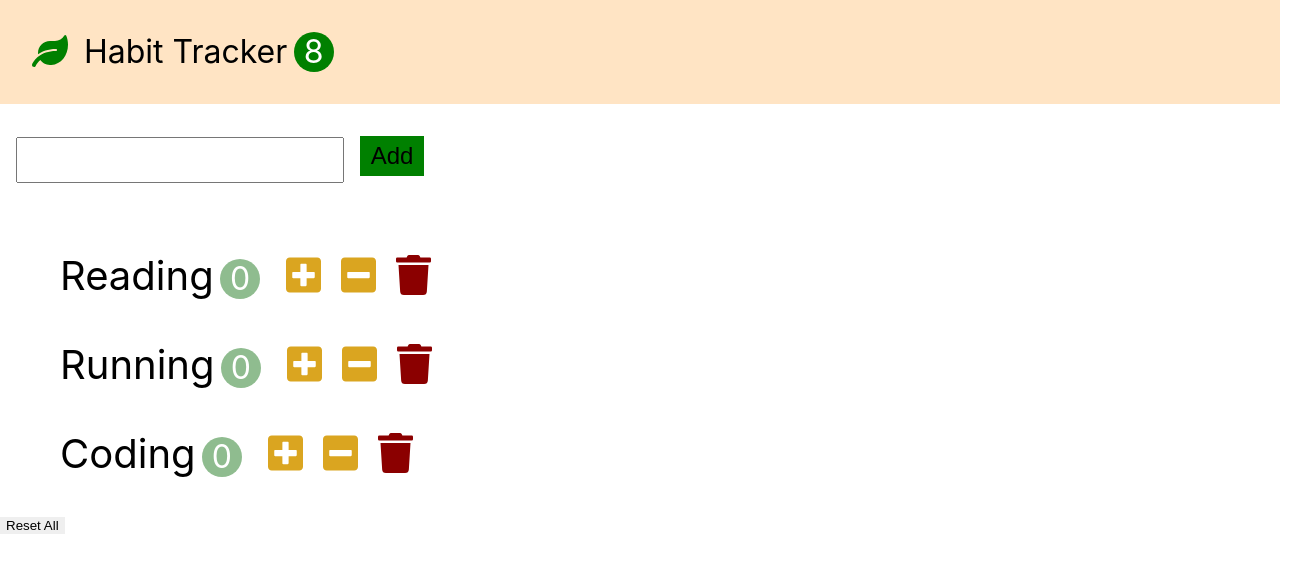
Repository: keehoonjung/react-habit-tracker
Page: / (app in react/habit-tracker/)
These files come from the project's save history. The page is drawn as it stood at one moment and after the next save; the edit follows.
The browser window is 1280 px wide. The page is 1312 px wide, so the pictures cover 1312 px, including what lies to the right of the window. The pictures show the whole page.
The project was rebuilt for these pictures with package versions that can differ from the ones it lists, and the page was loaded fresh each time.

Above is the page before, as saved 2021-08-30 18:37:04.

### react/habit-tracker/public/index.html
<!DOCTYPE html>
<html lang="en">
  <head>
    <meta charset="utf-8" />
    <link rel="icon" href="%PUBLIC_URL%/favicon.ico" />
    <meta name="viewport" content="width=device-width, initial-scale=1" />
    <meta name="theme-color" content="#000000" />
    <meta
      name="description"
      content="Web site created using create-react-app"
    />
    <link rel="apple-touch-icon" href="%PUBLIC_URL%/logo192.png" />
    <title>App</title>
  </head>
  <body>
    <noscript>You need to enable JavaScript to run this app.</noscript>
    <div id="root"></div>
  </body>
</html>

### react/habit-tracker/src/app.jsx
import React, { Component } from "react";
import "./app.css";
import Habits from "./components/habits";

class App extends Component {
  state = {
    count: 0,
  };
  render() {
    return (
      <>
        <nav className="header">
          <i className="fas fa-leaf"></i>
          <span className="header-title">Habit Tracker</span>
          <span className="header-count">8</span>
        </nav>
        <div className="input-container">
          <input type="text" className="input" />
          <button className="habit-input">Add</button>
        </div>
        <Habits />
        <button className="reset-button">Reset All</button>
      </>
    );
  }
}

export default App;

### react/habit-tracker/src/app.css
button {
  outline: none;
  border: 0;
  cursor: pointer;
}

.header {
  background-color: bisque;
  font-size: 2rem;
  padding: 2rem 2rem;
}

.fa-leaf {
  color: green;
  margin-right: 1rem;
}

.header-count {
  display: inline-block;
  text-align: center;
  width: 2.5rem;
  height: 2.5rem;
  line-height: 2.5rem;
  font-size: 2rem;
  margin-left: 0.2em;
  margin-right: 0.5em;
  background-color: green;
  color: white;
  border-radius: 50%;
}

.input-container {
  width: 100%;
  padding: 2rem 1rem;
}

.input {
  width: 20rem;
  height: 2.5rem;
}

.habit-input {
  font-size: 1.5rem;
  height: 2.5rem;
  width: 4rem;
  margin-left: 1rem;
  background-color: green;
}

.habit {
  font-size: 2.5rem;
  padding: 0.5em;
  list-style: none;
}

.habit-count {
  display: inline-block;
  text-align: center;
  width: 2.5rem;
  height: 2.5rem;
  line-height: 2.5rem;
  font-size: 2rem;
  margin-left: 0.2em;
  margin-right: 0.5em;
  background-color: darkseagreen;
  color: white;
  border-radius: 50%;
}

.habit-button {
  font-size: 2.5rem;
  margin: 0 0.1em;
  background-color: transparent;
}

.habit-button:hover {
  opacity: 0.8;
}

.habit-increase,
.habit-decrease {
  color: goldenrod;
}

.habit-delete {
  color: darkred;
}

### react/habit-tracker/src/components/habits.jsx
import React, { Component } from "react";
import Habit from "./habit";

class Habits extends Component {
  state = {
    habits: [
      { id: 1, name: "Reading", count: 0 },
      { id: 2, name: "Running", count: 0 },
      { id: 3, name: "Coding", count: 0 },
    ],
  };

  handleIncrement = (habit) => {
    const habits = [...this.state.habits];
    const index = habits.indexOf(habit);
    habits[index].count++;
    this.setState({ habits });
  };
  handledecrement = (habit) => {
    const habits = [...this.state.habits];
    const index = habits.indexOf(habit);
    const count = habits[index].count - 1;
    habits[index].count = count < 0 ? 0 : count;
    this.setState({ habits });
  };
  handleDelete = (habit) => {
    const habits = this.state.habits.filter((item) => item.id !== habit.id);
    this.setState({ habits });
  };
  render() {
    return (
      <ul>
        {this.state.habits.map((habit) => (
          <Habit
            key={habit.id}
            habit={habit}
            OnhandleIncrement={this.handleIncrement}
            Onhandledecrement={this.handledecrement}
            OnhandleDelete={this.handleDelete}
          />
        ))}
      </ul>
    );
  }
}

export default Habits;

### react/habit-tracker/src/components/habit.jsx
import React, { Component } from "react";

class Habit extends Component {
  handleIncrement = () => {
    // this.setState({ count: this.state.count + 1 });
    this.props.OnhandleIncrement(this.props.habit);
  };

  handledecrement = () => {
    this.props.Onhandledecrement(this.props.habit);
  };
  handleDelete = () => {
    this.props.OnhandleDelete(this.props.habit);
  };
  render() {
    const { name, count } = this.props.habit;
    return (
      <li className="habit">
        <span className="habit-name">{name}</span>
        <span className="habit-count">{count}</span>
        <button
          className="habit-button habit-increase"
          onClick={this.handleIncrement}
        >
          <i className="fas fa-plus-square"></i>
        </button>
        <button
          className="habit-button habit-decrease"
          onClick={this.handledecrement}
        >
          <i className="fas fa-minus-square"></i>
        </button>
        <button
          className="habit-button habit-delete"
          onClick={this.handleDelete}
        >
          <i className="fas fa-trash"></i>
        </button>
      </li>
    );
  }
}

export default Habit;

Loaded but not shown: react/habit-tracker/src/index.js (common file); react/habit-tracker/src/index.css (common file)

After the next save:
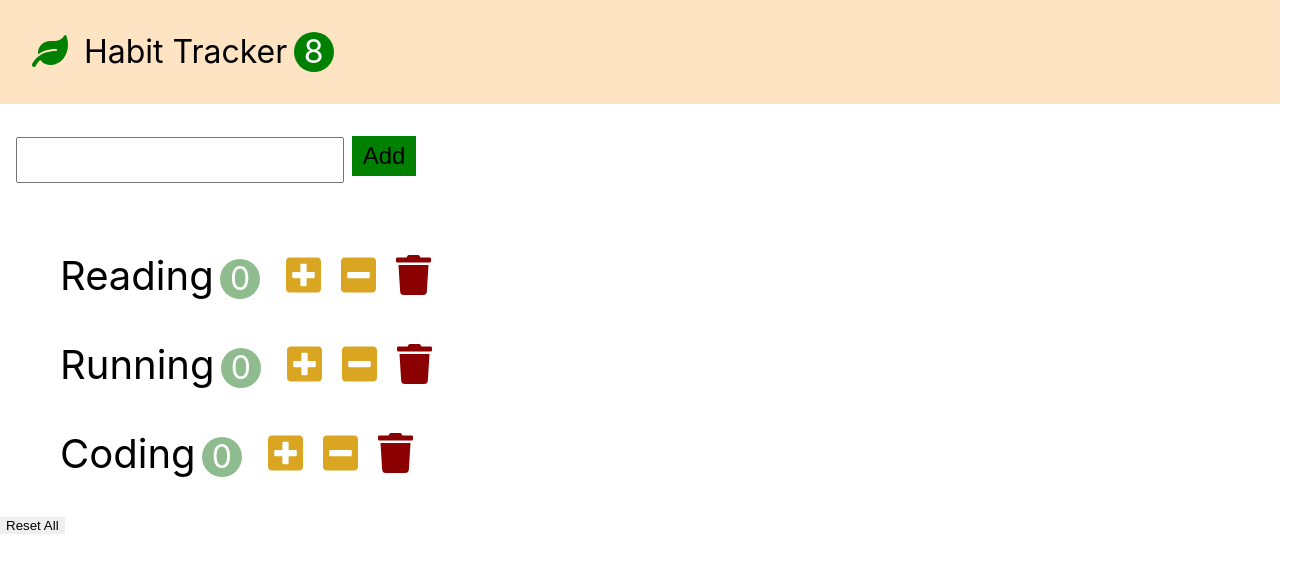
Saved 13 s later.
--- a/react/habit-tracker/src/app.css
+++ b/react/habit-tracker/src/app.css
@@ -43,7 +43,7 @@ button {
   font-size: 1.5rem;
   height: 2.5rem;
   width: 4rem;
-  margin-left: 1rem;
+  margin-left: 0.5rem;
   background-color: green;
 }
 
